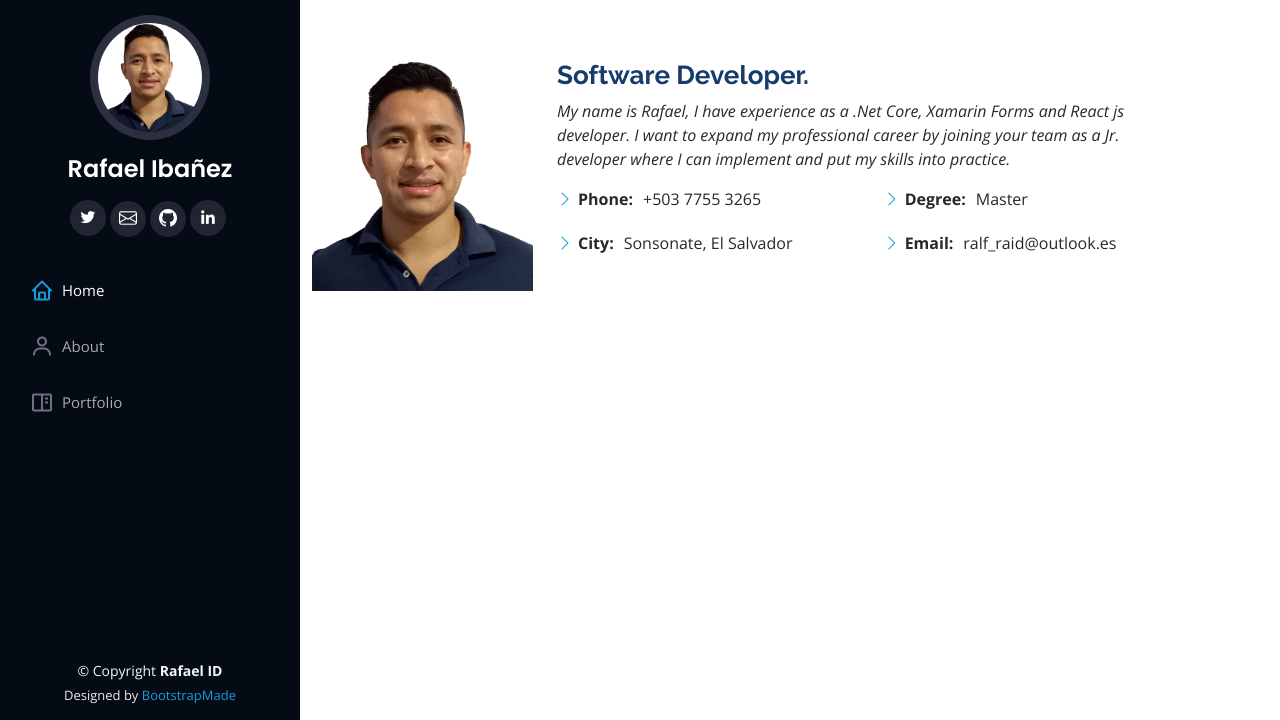
Repository: ralfId/myportfolio
Page: /about
These files come from the project's save history. The page is drawn as it stood at one moment and after the next save; the edit follows.
The browser window is 1280 px wide. The pictures show the whole page.
The project was rebuilt for these pictures with package versions that can differ from the ones it lists, and the page was loaded fresh each time. Also part of the build but not shown: src/components/Home.js, src/data/projects.js, src/components/Projects/ProjectItem.js, src/components/Projects/ProjectIndex.js, src/helpers/ProjectById.js, src/components/Projects/ProjectDetail.js.

Above is the page before, as saved 2021-09-20 19:03:21.

### public/index.html
<!DOCTYPE html>
<html lang="en">

<head>
  <meta charset="utf-8" />
  <link rel="icon" href="%PUBLIC_URL%/favicon.ico" />
  <meta name="viewport" content="width=device-width, initial-scale=1" />
  <meta name="theme-color" content="#000000" />
  <meta name="description" content="Web site created using create-react-app" />
  <link rel="apple-touch-icon" href="%PUBLIC_URL%/logo192.png" />
  <link rel="manifest" href="%PUBLIC_URL%/manifest.json" />

  <!-- Google Fonts -->
  <link
    href="https://fonts.googleapis.com/css?family=Open+Sans:300,300i,400,400i,600,600i,700,700i|Raleway:300,300i,400,400i,500,500i,600,600i,700,700i|Poppins:300,300i,400,400i,500,500i,600,600i,700,700i"
    rel="stylesheet">

  <!-- Vendor CSS Files -->
  <link href="vendor/aos/aos.css" rel="stylesheet">
  <link href="vendor/bootstrap/css/bootstrap.min.css" rel="stylesheet">
  <link href="vendor/bootstrap-icons/bootstrap-icons.css" rel="stylesheet">
  <link href="vendor/boxicons/css/boxicons.min.css" rel="stylesheet">
  <link href="vendor/glightbox/css/glightbox.min.css" rel="stylesheet">
  <link href="vendor/swiper/swiper-bundle.min.css" rel="stylesheet">

  <!-- Template Main CSS File -->
  <link href="css/style.css" rel="stylesheet">
  <title>React App</title>

  <!-- =======================================================
  * Template Name: iPortfolio - v3.3.0
  * Template URL: https://bootstrapmade.com/iportfolio-bootstrap-portfolio-websites-template/
  * Author: BootstrapMade.com
  * License: https://bootstrapmade.com/license/
  ======================================================== -->
</head>

<body>
  <noscript>You need to enable JavaScript to run this app.</noscript>
  <div id="root"></div>
  <!--
      This HTML file is a template.
      If you open it directly in the browser, you will see an empty page.

      You can add webfonts, meta tags, or analytics to this file.
      The build step will place the bundled scripts into the <body> tag.

      To begin the development, run `npm start` or `yarn start`.
      To create a production bundle, use `npm run build` or `yarn build`.
    -->
 <!-- Vendor JS Files -->
 <script src="vendor/aos/aos.js" type="text/javascript"></script>
 <script src="vendor/bootstrap/js/bootstrap.bundle.min.js" type="text/javascript"></script>
 <script src="vendor/glightbox/js/glightbox.min.js" type="text/javascript"></script>
 <script src="vendor/isotope-layout/isotope.pkgd.min.js" type="text/javascript"></script>
 <script src="vendor/php-email-form/validate.js" type="text/javascript"></script>
 <script src="vendor/purecounter/purecounter.js" type="text/javascript"></script>
 <script src="vendor/swiper/swiper-bundle.min.js" type="text/javascript"></script>
 <script src="vendor/typed.js/typed.min.js" type="text/javascript"></script>
 <script src="vendor/waypoints/noframework.waypoints.js" type="text/javascript"></script>

 <!-- Template Main JS File -->
 <script src="js/main.js" type="text/javascript"></script>

</body>

</html>

### src/components/About.js
import React from 'react'

export const About = () => {
    return (

        <section id="about" className="about">
            <div className="container">

                <div className="row">
                    <div className="col-lg-3" data-aos="fade-right">
                        <img src="../img/profile-img.png" className="img-fluid " alt="" />
                    </div>
                    <div className="col-lg-8 pt-4 pt-lg-0 content" data-aos="fade-left">
                        <h3>Software Developer.</h3>
                        <p className="fst-italic">
                        My name is Rafael, I have experience as a .Net Core, Xamarin Forms and React js developer.
                        I want to expand my professional career by joining your team as a Jr. developer where
                        I can implement and put my skills into practice.
                        </p>
                        <div className="row">
                            <div className="col-lg-6">
                                <ul>
                                    <li><i className="bi bi-chevron-right"></i> <strong>Phone:</strong> <span>+503 7755 3265</span></li>
                                    <li><i className="bi bi-chevron-right"></i> <strong>City:</strong> <span>Sonsonate, El Salvador</span></li>
                                </ul>
                            </div>
                            <div className="col-lg-6">
                                <ul>
                                    <li><i className="bi bi-chevron-right"></i> <strong>Degree:</strong> <span>Master</span></li>
                                    <li><i className="bi bi-chevron-right"></i> <strong>Email:</strong> <span>ralf_raid@outlook.es</span></li>
                                </ul>
                            </div>
                        </div>
                    </div>
                </div>

            </div>
        </section>

    )
}

Loaded but not shown: src/index.js (common file); public/vendor/aos/aos.css (library); public/vendor/bootstrap/css/bootstrap.min.css (library); public/vendor/bootstrap-icons/bootstrap-icons.css (library); public/vendor/boxicons/css/boxicons.min.css (library); public/vendor/glightbox/css/glightbox.min.css (library); public/vendor/swiper/swiper-bundle.min.css (library); public/vendor/aos/aos.js (library); public/vendor/bootstrap/js/bootstrap.bundle.min.js (library); public/vendor/glightbox/js/glightbox.min.js (library); public/vendor/isotope-layout/isotope.pkgd.min.js (library); public/vendor/php-email-form/validate.js (common file); public/vendor/purecounter/purecounter.js (library); public/vendor/swiper/swiper-bundle.min.js (library); public/vendor/typed.js/typed.min.js (library); public/vendor/waypoints/noframework.waypoints.js (library); public/js/main.js (267 lines, source omitted); src/components/Nav.js (48 lines, source omitted); src/routers/AppRouter.js (33 lines, source omitted); src/components/Footer.js (16 lines, source omitted); src/Portfolio.js (10 lines, source omitted); public/css/style.css (1154 lines, source omitted)

After the next save:
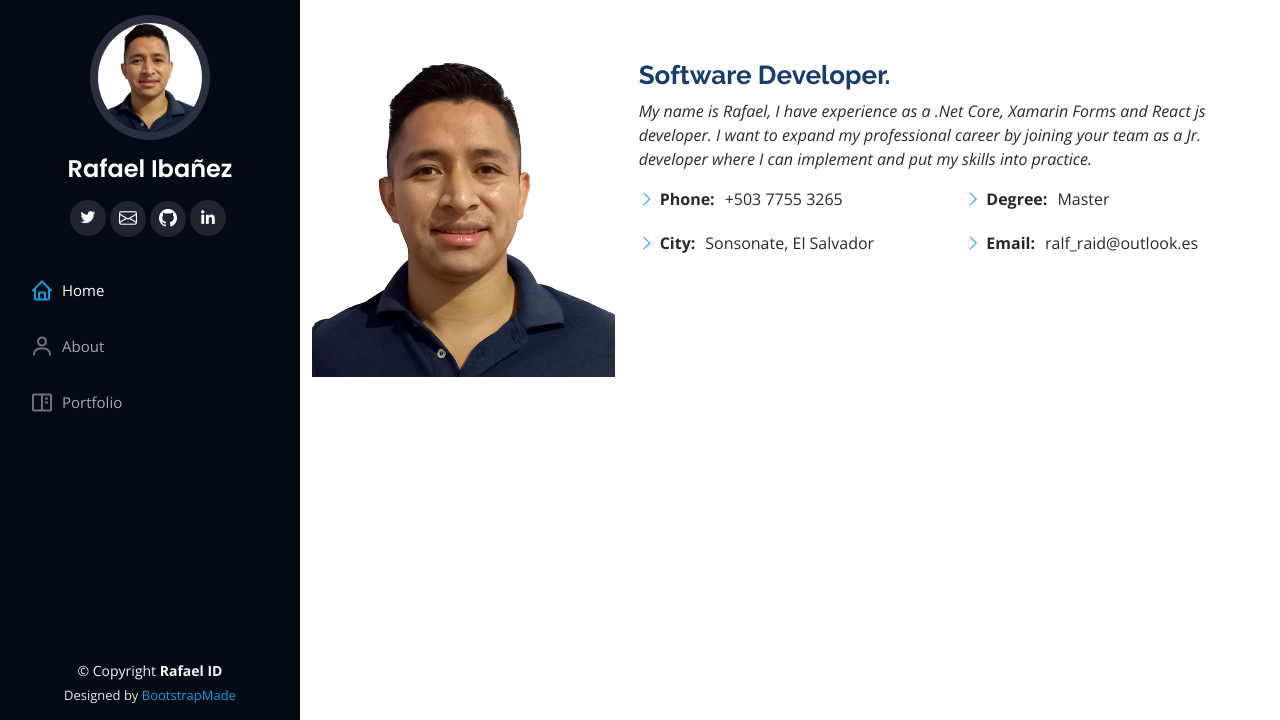
Saved 14 s later.
--- a/src/components/About.js
+++ b/src/components/About.js
@@ -7,7 +7,7 @@
             <div className="container">
 
                 <div className="row">
-                    <div className="col-lg-3" data-aos="fade-right">
+                    <div className="col-lg-4" data-aos="fade-right">
                         <img src="../img/profile-img.png" className="img-fluid " alt="" />
                     </div>
                     <div className="col-lg-8 pt-4 pt-lg-0 content" data-aos="fade-left">

After the save that followed:
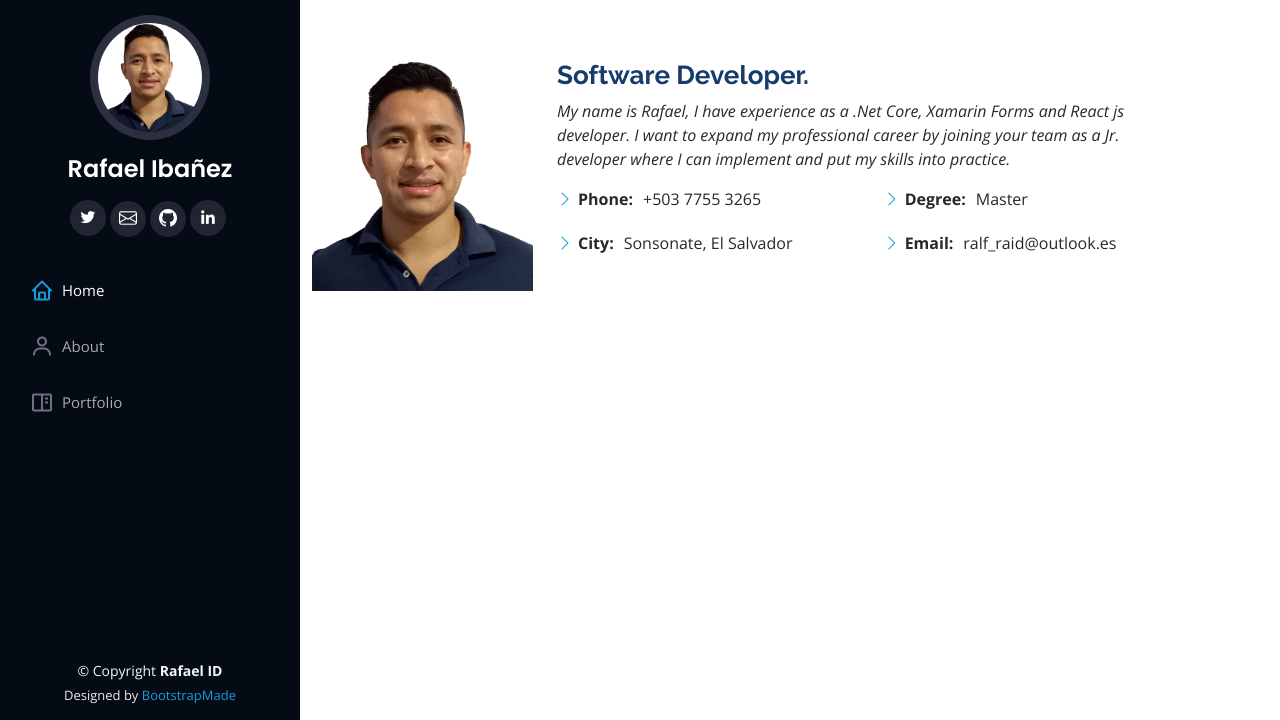
Saved 8 s later.
--- a/src/components/About.js
+++ b/src/components/About.js
@@ -7,7 +7,7 @@
             <div className="container">
 
                 <div className="row">
-                    <div className="col-lg-4" data-aos="fade-right">
+                    <div className="col-lg-3" data-aos="fade-right">
                         <img src="../img/profile-img.png" className="img-fluid " alt="" />
                     </div>
                     <div className="col-lg-8 pt-4 pt-lg-0 content" data-aos="fade-left">
